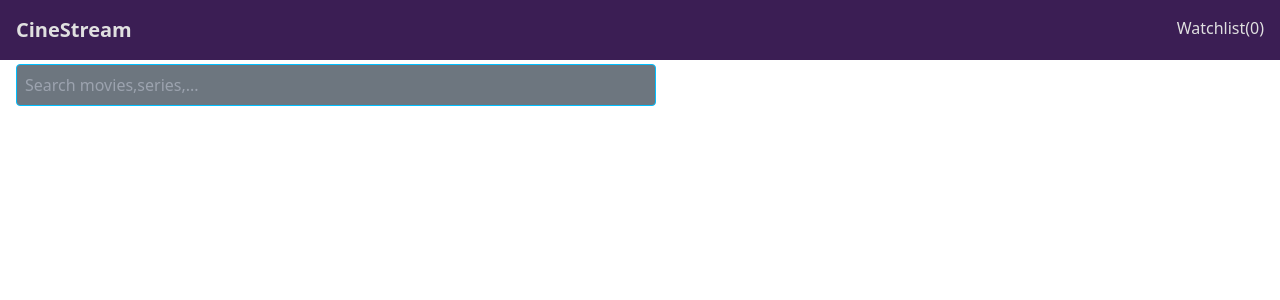
Repository: Reshmashameem31/Cine-Stream
Page: / (app in movie-project/)
An editor plug-in stored every save of this project. The page is shown before and after a run of saves, followed by the edit.
The browser window is 1280 px wide. The pictures show the whole page.
The project was rebuilt for these pictures with package versions that can differ from the ones it lists, and the page was loaded fresh each time. Also part of the build but not shown: movie-project/vite.config.js, movie-project/src/pages/WatchList.jsx.

Above is the page before, as saved 2025-08-15 16:17:03.

After the next 3 saves:
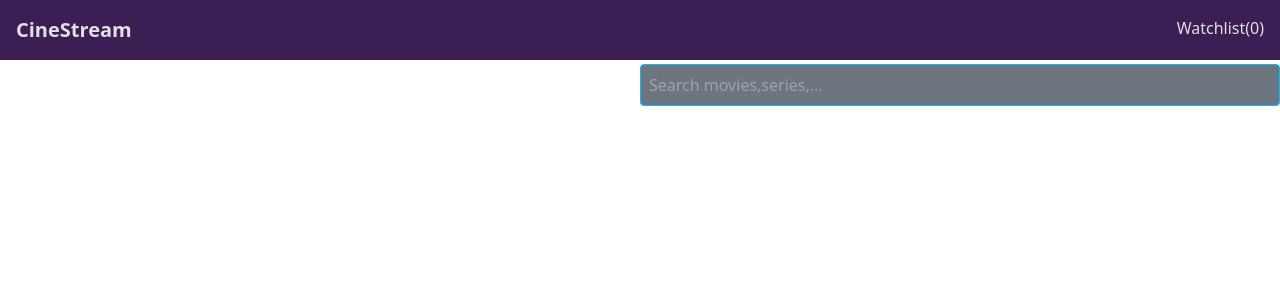
The 3 saves are shown as one change because they came seconds apart.
The last was saved 13 s later.
--- a/movie-project/src/pages/Home.jsx
+++ b/movie-project/src/pages/Home.jsx
@@ -5,7 +5,7 @@ const Home = () => {
     <div className='p-4 pt-16'>
         <input type='text' placeholder='Search movies,series,...'
          className=' flex justify-center p-2 w-3/4 md:w-1/2 border rounded border-[#00BFFF]
-          bg-[#0D1B2A] bg-opacity-60 backdrop-blur-md text-white fixed top-16' />
+          bg-[#0D1B2A] bg-opacity-60 backdrop-blur-md text-white fixed  left-1/2 top-16' />
         <div className='movies-container'></div>
         <div className='pagination-container'></div>
 
